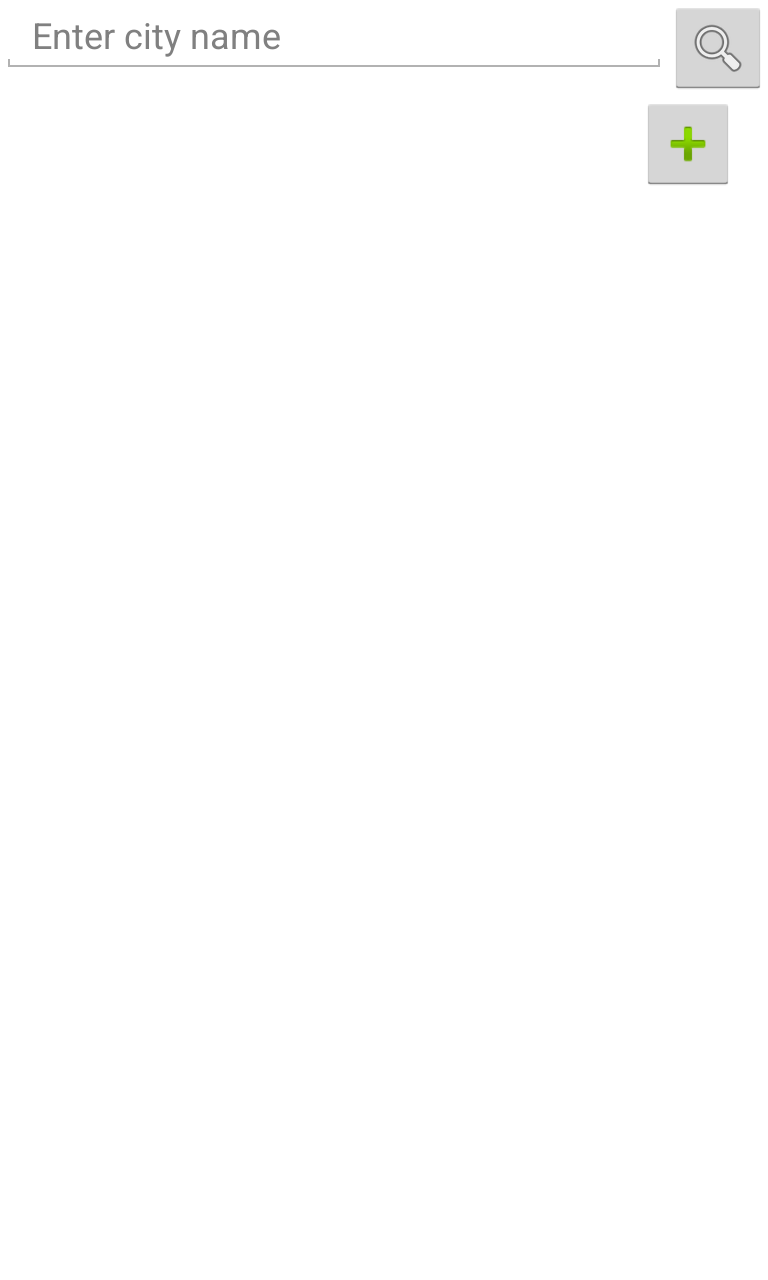
Repository: sandeshshetty/TravelZeus
Layout: TravelZeus/res/layout/fragment_home.xml
These files come from the project's save history. The layout is drawn as it stood at one moment and after the next save; the edit follows.
It is drawn on a 768 x 1280 px phone screen (xhdpi) without system bars, with theme AppTheme; the app's code is not run. The app's manifest (not shown) leaves right-to-left support off. So textAlignment, textDirection and layoutDirection are ignored, and left and right values win over start and end ones.

Above is the layout before, as saved 2015-05-16 11:25:52.

After the next save:
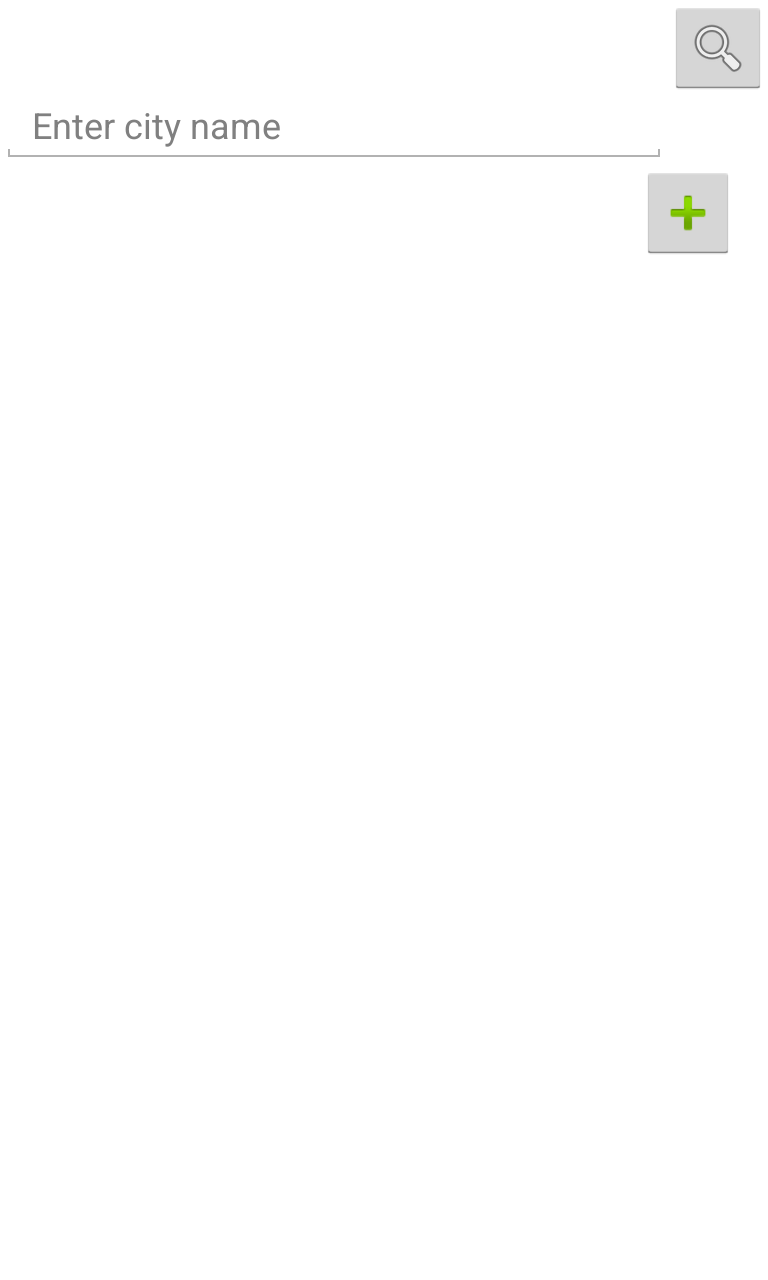
Saved 28 s later.
--- a/TravelZeus/res/layout/fragment_home.xml
+++ b/TravelZeus/res/layout/fragment_home.xml
@@ -11,7 +11,7 @@
 
         <EditText
         	android:id="@+id/homeSearchBar"
-        	android:paddingTop="5dp"
+        	android:paddingTop="50dp"
         	android:paddingLeft="16dp"
         	android:layout_width="match_parent"
         	android:layout_height="wrap_content"
